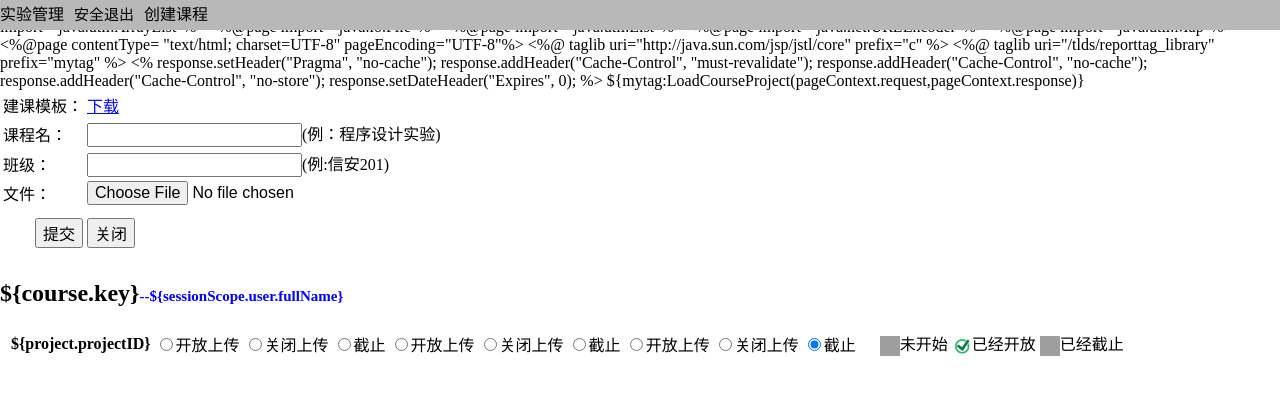
Repository: IAmJiangWenHao/ReportServer
Page: web/demo.html
An editor plug-in stored every save of this project. The page is shown before and after the next save, followed by the edit.
The browser window is 1280 px wide. The pictures show the whole page.
After loading, the first visible `div[onclick="createCourse()"]` was clicked once.
Pictures or frames that could not be fetched are drawn as grey boxes.

Above is the page before, as saved 2023-05-18 16:28:33.

### web/demo.html
<%@page import="com.report.javabeans.ExpClass"%>
<%@page import="com.report.javabeans.Project"%>
<%@page import="com.report.javabeans.User"%>
<%@page import="java.util.ArrayList"%>
<%@page import="java.io.File"%>
<%@page import="java.util.List"%>
<%@page import="java.net.URLEncoder"%>
<%@page import="java.util.Map"%>
<%@page contentType= "text/html; charset=UTF-8" pageEncoding="UTF-8"%>

<%@ taglib uri="http://java.sun.com/jsp/jstl/core" prefix="c" %>
<%@ taglib uri="/tlds/reporttag_library" prefix="mytag" %>
<!--script type="text/javascript" src="${pageContext.request.contextPath}/script/scriptV1.js?v=1.0"></script-->
<!DOCTYPE html>
<html>
  <%
    response.setHeader("Pragma", "no-cache");
    response.addHeader("Cache-Control", "must-revalidate");
    response.addHeader("Cache-Control", "no-cache");
    response.addHeader("Cache-Control", "no-store");
    response.setDateHeader("Expires", 0);
  %>
  <head>
    <meta http-equiv="Content-Type" content="text/html; charset=UTF-8">
    <title>实验上传系统 </title>
  </head>
  <body style="margin:0">
    ${mytag:LoadCourseProject(pageContext.request,pageContext.response)}
    <script>
      window.onload = function () {//Ajax实现更新项目状态
        var ratios = document.getElementsByTagName("input");//获取所有input（本页面的input只有单选按钮）
        var map = new Map();//记录单选按钮旧值
        for (var i = 0; i < ratios.length; i++) {
          map.set((i + 1).toString(), ratios[i].checked);
          //oninput事件在input的值发生改变时触发，这里监听单选按钮值得改变
          ratios[i].oninput = function () {
            var r = false;
            if (this.value === "deadline") {//是否选择截止
              //是否确认修改
              r = confirm("截止后不可再设置，确定截止？");
            }
            //取消截止
            if (this.value === "deadline" && r === false) {
              var list = document.getElementsByName(this.name);
              for (var j = 0; j < list.length; j++)
                list[j].checked = map.get(list[j].id);
              return;
            }
            ratioName = this.name;
            //确定截止，不允许再更改状态
            if (this.value === "deadline") {
              var list = document.getElementsByName(this.name);
              for (var j = 0; j < list.length; j++)
              {
                list[j].disabled = "disable";
                map.set(list[j].id, list[j].checked);
              }
            } else {
              var list = document.getElementsByName(this.name);
              for (var j = 0; j < list.length; j++)
                map.set(list[j].id, false);
              map.set(this.id, this.checked);
            }
            var formData = new FormData();//FormData 对象
            var course = ratioName.substr(0, ratioName.indexOf("-"));
            var project = ratioName.substr(ratioName.indexOf("-") + 1, ratioName.length - 1);
            //添加KV
            formData.append("project", project);//项目
            formData.append("course", course); //课程名
            formData.append("status", this.value);//状态
            var cell = document.getElementById(this.name);
            //显示实验项目状态提示信息
            cell.innerHTML = "&nbsp;&nbsp;&nbsp;&nbsp;&nbsp;";
            if (this.value === "open")
              cell.innerHTML += "<img style=\"vertical-align: middle;height:20px;width:20px\" src=\"./img/check.jpg\"/>已经开放";
            if (this.value === "close")
              cell.innerHTML += "<img style=\"vertical-align: middle;height:20px;width:20px\" src=\"./img/undone.png\"/>未开始";
            if (this.value === "deadline")
              cell.innerHTML += "<img style=\"vertical-align: middle;height:20px;width:20px\" src=\"./img/deadline.jpg\"/>已截止";
            //1.创建请求对象
            const xhr = new XMLHttpRequest();
            //2.设置请求行，这里用post(get请求数据写在url后面)
            //updateProject.do实现后端更新
            xhr.open("post", getAppPath() + "/updateProject.do");
            //3.设置请求头(get请求可以省略,post不发送数据也可以省略)
            //xhr.setRequestHeader("Content-type","application/x-www-form-urlencoded");
            // 用formData可以不写请求头，写了无法正常上传文件
            //4.请求主体发送(get请求为空，或者写null，post请求数据写在这里，
            //如果没有数据，直接为空或者写null)
            xhr.send(formData);
            //注册回调函数
            xhr.onload = function ()
            {
              if (xhr.readyState === 4)
              {
                if (xhr.status >= 200 && xhr.status <= 300)
                { //判断响应码 2XX 表示成功
                  console.log(xhr.response.toString());
                } else
                  console.log("响应码：" + xhr.status); //状态码
              } else
                console.log(xhr.readyState);
              ;
            };
          };
        }
        ;
      };
    </script>
    <script>
      function getAppPath() {
        //获取当前URL
        var curURL = window.document.location.href;
        //获取主机地址之后的路径部分（就是文件地址）
        var pathName = window.document.location.pathname;
        var pos = curURL.indexOf(pathName);
        //获取应用地址
        var host = curURL.substring(0, pos);
        //获取带"/"的应用名，如：/***
        var webAppName = pathName.substring(0, pathName.substr(1).indexOf('/') + 1);
        return host + webAppName;
      }
    </script>
    <script>
      var isIE = /msie/i.test(navigator.userAgent) && !window.opera;
      function fileChange(target, type) {
        var fileSize = 0;
        var filepath = target.value;
        var filemaxsize = 1024 * 5;//5M
        var flag = -1;
        if (filepath) {
          var fileend = filepath.substring(filepath.lastIndexOf("."));
          // alert(fileend);
          if (type && type.length > 0) {
            //alert(fileend.indexOf(type));
            if (fileend !== ".xlsx") {
              alert("只接受xlsx类型的文件！");
              target.value = "";
              return false;
            }
          }
        } else {
          return false;
        }
        if (isIE && !target.files) {
          var filePath = target.value;
          var fileSystem = new ActiveXObject("Scripting.FileSystemObject");
          if (!fileSystem.FileExists(filePath)) {
            alert("附件不存在，请重新输入！");
            return false;
          }
          var file = fileSystem.GetFile(filePath);
          fileSize = file.Size;
        } else {
          fileSize = target.files[0].size;
        }

        var size = fileSize / 1024;
        if (size > filemaxsize) {
          alert("附件大小不能大于" + filemaxsize / 1024 + "M！");
          target.value = "";
          return false;
        }
        if (size <= 0) {
          alert("附件大小不能为0M！");
          target.value = "";
          return false;
        }
      }
      function Check()
      {
        for (var i = 0; i < document.form1.elements.length - 1; i++)
        {
          if (document.form1.elements[i].value === "")
          {
            alert("不可空！");
            document.form1.elements[i].focus();
            return false;
          }
        }
        return true;
      }
      function cls() {
        var createCell = document.getElementById("createCourse");
        createCell.innerHTML = "";
      }

      function createCourse() {
        var createCell = document.getElementById("createCourse");
        createCell.innerHTML = "<form action=\"../uploadCourseServlet\" enctype=\"multipart/form-data\" method=\"post\" name=\"form1\" onSubmit=\"return Check()\"><table></tr><tr> <td>建课模板：</td><td><a href=\"实验课模板.xlsx\">下载</a></td></tr><tr><td>课程名：</td><td><input style=\" font-size:16px\" type=\"text\" name=\"courseName\" size=\"20\"/>(例：程序设计实验)</td></tr><tr><td>班级：</td><td><input style=\" font-size:16px\" type=\"text\" name=\"className\" size=\"20\"/>(例:信安201)</td></tr><tr> <td>文件：</td><td><input style=\" font-size:16px\" type=\"file\" name=\"file\" size=\"40\" id=\"fup\" onchange=\'fileChange(this,\".xlsx\");\'/></td><tr><td style=\"height:50px;\" align=\"right\" ><input style=\" font-size:16px\" type=\"submit\" value=\"提交\" size='30'/> </td><td align=\"left\"><input style=\" font-size:16px\" type=\"button\" value=\"关闭\" size='30' onclick=\"cls()\"/> </td></tr></table></form>";
      }
    </script>
    <div >
        <div style="display: flex; position: fixed; top: 0; width: 100%; background-color:rgb(185, 184, 184) ;  height:auto;">
            <div style="margin-right:10px; line-height:30px;width: auto;height:30px;" color="black" > 实验管理</div>
            <div style="margin-right:10px; line-height:30px;width: auto;height:30px; font-size:15px"><a style="color:black;text-decoration: none;" href="../exit">安全退出</a></div>
            <div style="margin-right:10px; line-height:30px;width: auto;height:30px; cursor:hand " onclick="createCourse()">创建课程</div>
        </div>

      <div id="createCourse">

      </div>


    <c:forEach var="course" items="${sessionScope.courseData}" varStatus="statusCourse">
      <h2> ${course.key}<font style="font-size:15px;color:blue">--${sessionScope.user.fullName}</font></h2><p>
      <table>
        <c:forEach var="project" items="${course.value}" varStatus="statusProject">
          <tr style=" height: 30px;border: 1px">
            <td>&nbsp;&nbsp;<b>${project.projectID}</b></td>
            <td><!-- 3.一组单选按钮 radio（同name），只能选一个
                     request.getParameter("***")-->
              <c:if test="${project.state==0}">
                <input type="radio" id="${"course".concat(statusCourse.count).concat(statusProject.count).concat(1)}"  name="${course.key.concat("-").concat(project.projectID)}" value="open">开放上传
                <input type="radio" id="${"course".concat(statusCourse.count).concat(statusProject.count).concat(1)}"  name="${course.key.concat("-").concat(project.projectID)}" value="close" checked="true">关闭上传
                <input type="radio" id="${"course".concat(statusCourse.count).concat(statusProject.count).concat(1)}"  name="${course.key.concat("-").concat(project.projectID)}" value="deadline">截止
              </c:if>
              <c:if test="${project.state==1}">
                <input type="radio" id="${"course".concat(statusCourse.count).concat(statusProject.count).concat(1)}"  name="${course.key.concat("-").concat(project.projectID)}" value="open" checked="true">开放上传
                <input type="radio" id="${"course".concat(statusCourse.count).concat(statusProject.count).concat(1)}"  name="${course.key.concat("-").concat(project.projectID)}" value="close" >关闭上传
                <input type="radio" id="${"course".concat(statusCourse.count).concat(statusProject.count).concat(1)}"  name="${course.key.concat("-").concat(project.projectID)}" value="deadline">截止
              </c:if>
              <c:if test="${project.state==2}">
                <input type="radio" id="${"course".concat(statusCourse.count).concat(statusProject.count).concat(1)}"  name="${course.key.concat("-").concat(project.projectID)}" value="open">开放上传
                <input type="radio" id="${"course".concat(statusCourse.count).concat(statusProject.count).concat(1)}"  name="${course.key.concat("-").concat(project.projectID)}" value="close" >关闭上传
                <input type="radio" id="${"course".concat(statusCourse.count).concat(statusProject.count).concat(1)}"  name="${course.key.concat("-").concat(project.projectID)}" value="deadline" checked="true">截止
              </c:if>
            </td>
            <td id="${course.key.concat("-").concat(project.projectID)}">&nbsp;&nbsp;&nbsp;&nbsp;
              <c:if test="${project.state==0}" >
                <img style="vertical-align: middle;height:20px;width:20px" alt="" src="../img/undone.jpg"/>未开始
              </c:if>
              <c:if test="${project.state==1}" >
                <img style="vertical-align: middle;height:20px;width:20px" alt="" src="../img/check.jpg"/>已经开放
              </c:if>
              <c:if test="${project.state==2}" >
                <img style="vertical-align: middle;height:20px;width:20px" alt="" src="../img/deadline.png"/>已经截止
              </c:if>
            </td>
          </tr>
        </c:forEach>
      </table>
    </c:forEach>
  </div>
</body>
</html>

After the next save:
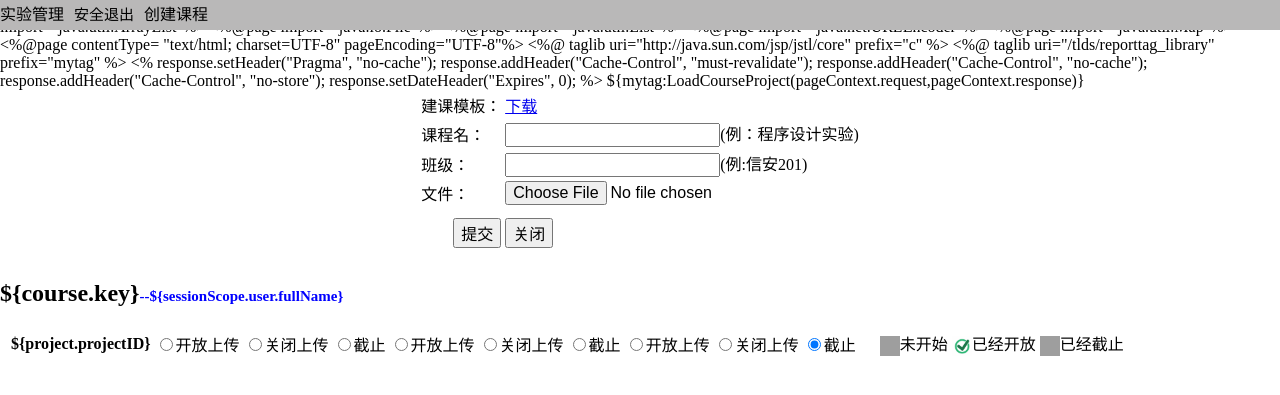
Saved 5 min 27 s later.
--- a/web/demo.html
+++ b/web/demo.html
@@ -187,7 +187,7 @@
 
       function createCourse() {
         var createCell = document.getElementById("createCourse");
-        createCell.innerHTML = "<form action=\"../uploadCourseServlet\" enctype=\"multipart/form-data\" method=\"post\" name=\"form1\" onSubmit=\"return Check()\"><table></tr><tr> <td>建课模板：</td><td><a href=\"实验课模板.xlsx\">下载</a></td></tr><tr><td>课程名：</td><td><input style=\" font-size:16px\" type=\"text\" name=\"courseName\" size=\"20\"/>(例：程序设计实验)</td></tr><tr><td>班级：</td><td><input style=\" font-size:16px\" type=\"text\" name=\"className\" size=\"20\"/>(例:信安201)</td></tr><tr> <td>文件：</td><td><input style=\" font-size:16px\" type=\"file\" name=\"file\" size=\"40\" id=\"fup\" onchange=\'fileChange(this,\".xlsx\");\'/></td><tr><td style=\"height:50px;\" align=\"right\" ><input style=\" font-size:16px\" type=\"submit\" value=\"提交\" size='30'/> </td><td align=\"left\"><input style=\" font-size:16px\" type=\"button\" value=\"关闭\" size='30' onclick=\"cls()\"/> </td></tr></table></form>";
+        createCell.innerHTML = "<form action=\"../uploadCourseServlet\" enctype=\"multipart/form-data\" method=\"post\" name=\"form1\" onSubmit=\"return Check()\"><table style=\"display: flex;justify-content: center;\"></tr><tr> <td>建课模板：</td><td><a href=\"实验课模板.xlsx\">下载</a></td></tr><tr><td>课程名：</td><td><input style=\" font-size:16px\" type=\"text\" name=\"courseName\" size=\"20\"/>(例：程序设计实验)</td></tr><tr><td>班级：</td><td><input style=\" font-size:16px\" type=\"text\" name=\"className\" size=\"20\"/>(例:信安201)</td></tr><tr> <td>文件：</td><td><input style=\" font-size:16px\" type=\"file\" name=\"file\" size=\"40\" id=\"fup\" onchange=\'fileChange(this,\".xlsx\");\'/></td><tr><td style=\"height:50px;\" align=\"right\" ><input style=\" font-size:16px\" type=\"submit\" value=\"提交\" size='30'/> </td><td align=\"left\"><input style=\" font-size:16px\" type=\"button\" value=\"关闭\" size='30' onclick=\"cls()\"/> </td></tr></table></form>";
       }
     </script>
     <div >
@@ -204,7 +204,7 @@
 
     <c:forEach var="course" items="${sessionScope.courseData}" varStatus="statusCourse">
       <h2> ${course.key}<font style="font-size:15px;color:blue">--${sessionScope.user.fullName}</font></h2><p>
-      <table>
+      <table >
         <c:forEach var="project" items="${course.value}" varStatus="statusProject">
           <tr style=" height: 30px;border: 1px">
             <td>&nbsp;&nbsp;<b>${project.projectID}</b></td>
